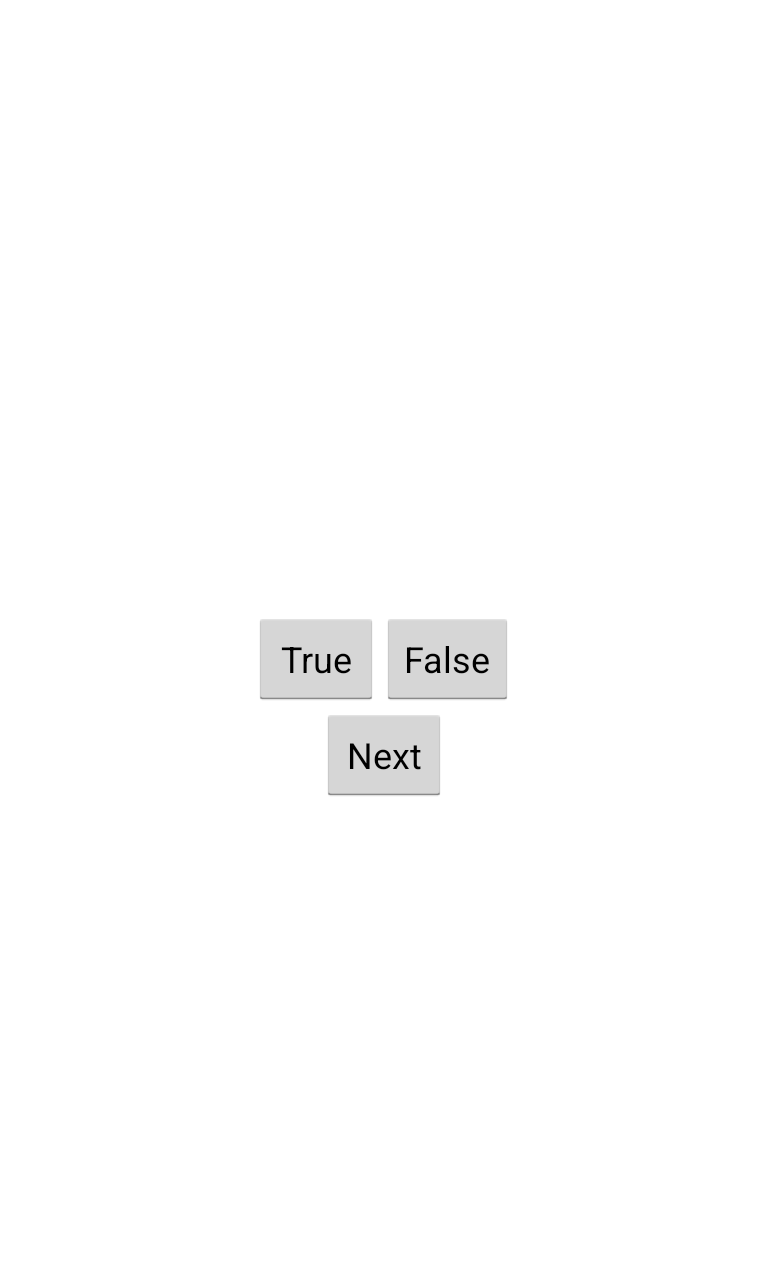
Repository: amukoseev/Android_projects
Layout: GeoQuiz/res/layout/activity_quiz.xml
These files come from the project's save history. The layout is drawn as it stood at one moment and after the next save; the edit follows.
It is drawn on a 768 x 1280 px phone screen (xhdpi) without system bars, with theme AppTheme; the app's code is not run.

Above is the layout before, as saved 2014-12-01 08:06:05.

After the next save:
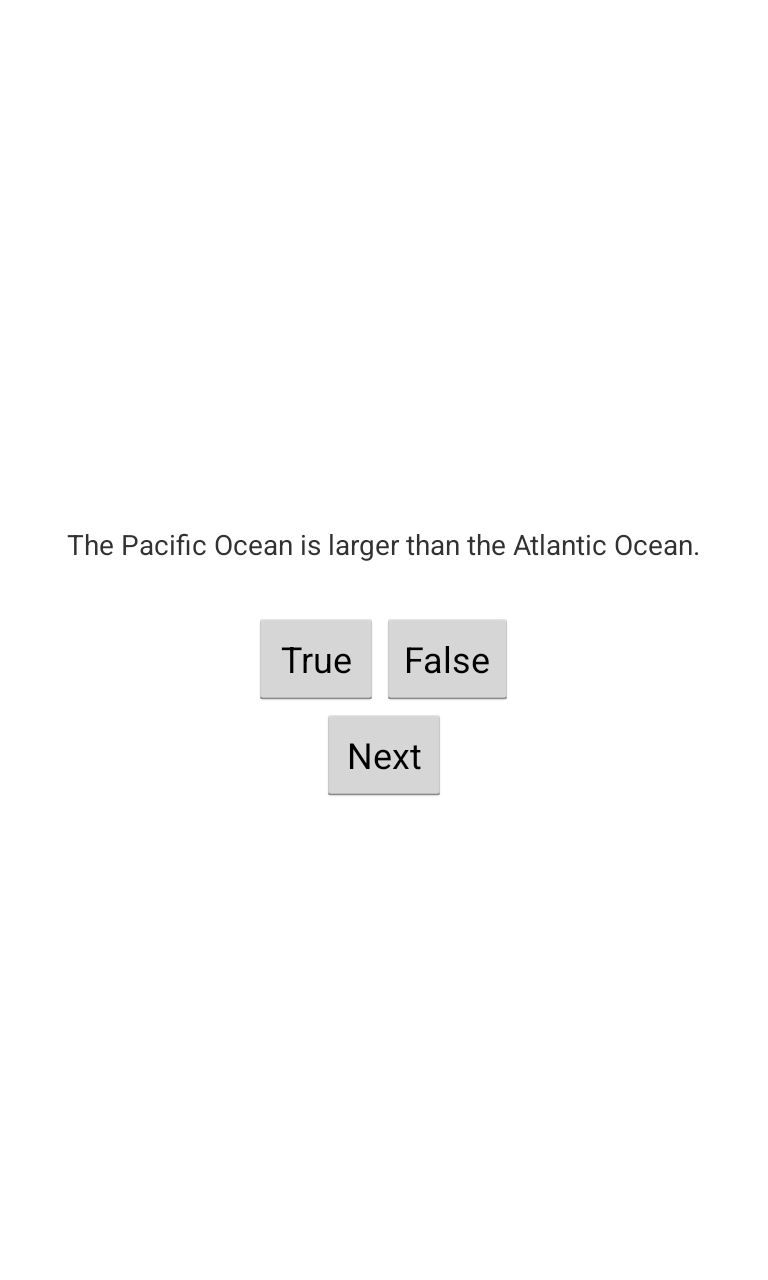
Saved 4 min 22 s later.
--- a/GeoQuiz/res/layout/activity_quiz.xml
+++ b/GeoQuiz/res/layout/activity_quiz.xml
@@ -10,6 +10,7 @@
         android:id="@+id/question_text_view"
         android:layout_width="wrap_content"
         android:layout_height="wrap_content"
+        android:text="@string/question_oceans"
         android:padding="24dp" />
 
 	<LinearLayout
